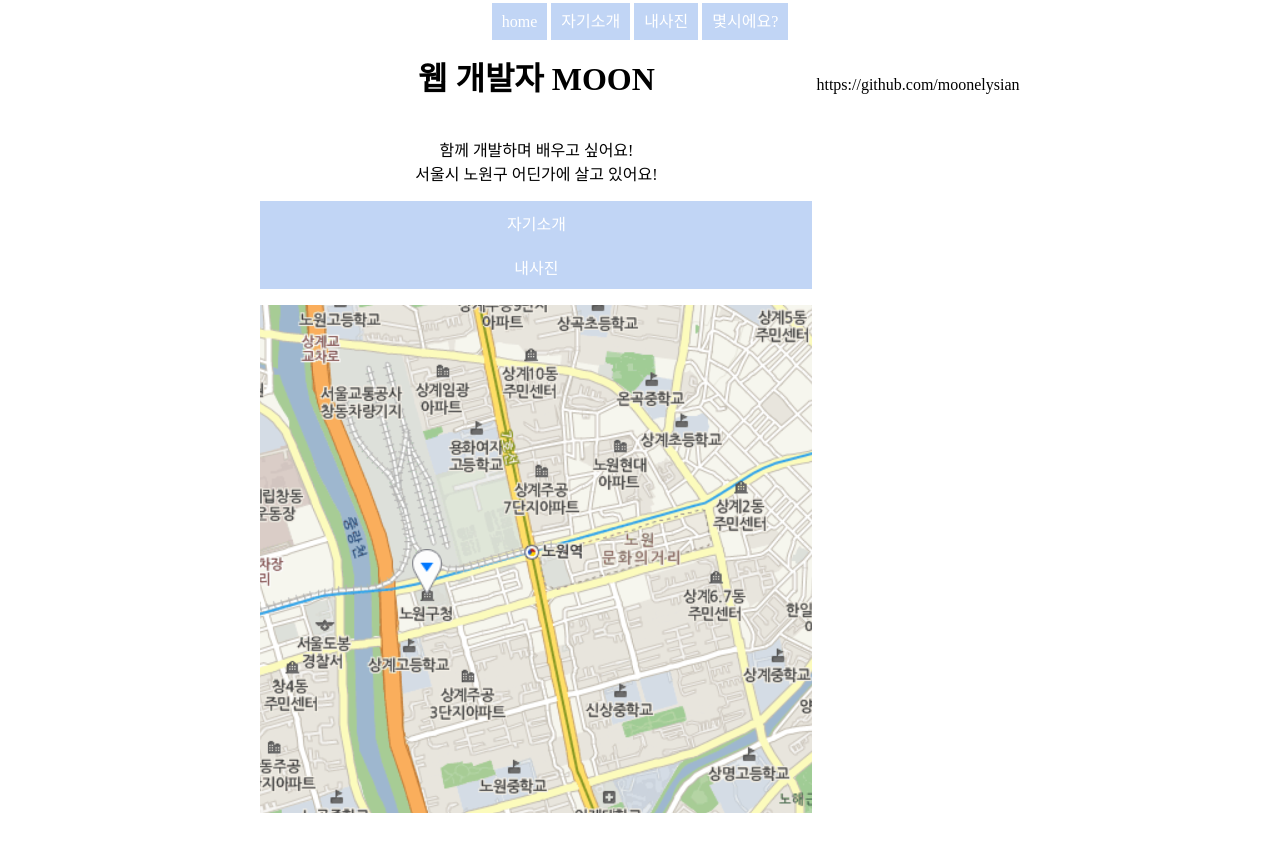
Repository: moonelysian/edwith-
Page: BE_PJT1-1/WebContent/index.html
An editor plug-in stored every save of this project. The page is shown before and after the next save, followed by the edit.
The browser window is 1280 px wide. The pictures show the whole page.

Above is the page before, as saved 2019-08-07 05:38:17.

### BE_PJT1-1/WebContent/index.html
<!DOCTYPE html>
<html>
	<head>
		<meta charset="UTF-8">
		<title>ABOUT ME</title>
		<link rel="stylesheet" type="text/css" href="style.css" />
	</head>

	<body>
		<nav>
			<a href="index.html">home</a>
			<a href="aboutme.html">자기소개</a>
			<a href="picture.html">내사진</a>
			<a>몇시에요?</a>
		</nav>
		<div class="grid-container">
			<h1>웹 개발자 MOON</h1>
			<p>
			함께 개발하며 배우고 싶어요!</br>
			서울시 노원구 어딘가에 살고 있어요!
			</p>
			<a href="aboutme.html">자기소개</a>
			<a href="picture.html">내사진</a>
			<p>
				<img class="map" src="image\ds.PNG">
			</p>
		</div>
	</body>

	<footer class="grid-container">
		https://github.com/moonelysian
	</footer>

</html>

### BE_PJT1-1/WebContent/style.css
@charset "UTF-8";
body{text-align: center;}

a {
	background-color: rgba(50, 115, 220, 0.3);
	color: white;
	padding: 10px;
	text-decoration: none;
}

a:hover{ color:black; }

.grid-container{
	display: inline-grid;
	grid-column-gap: 50px;
}

After the next save:
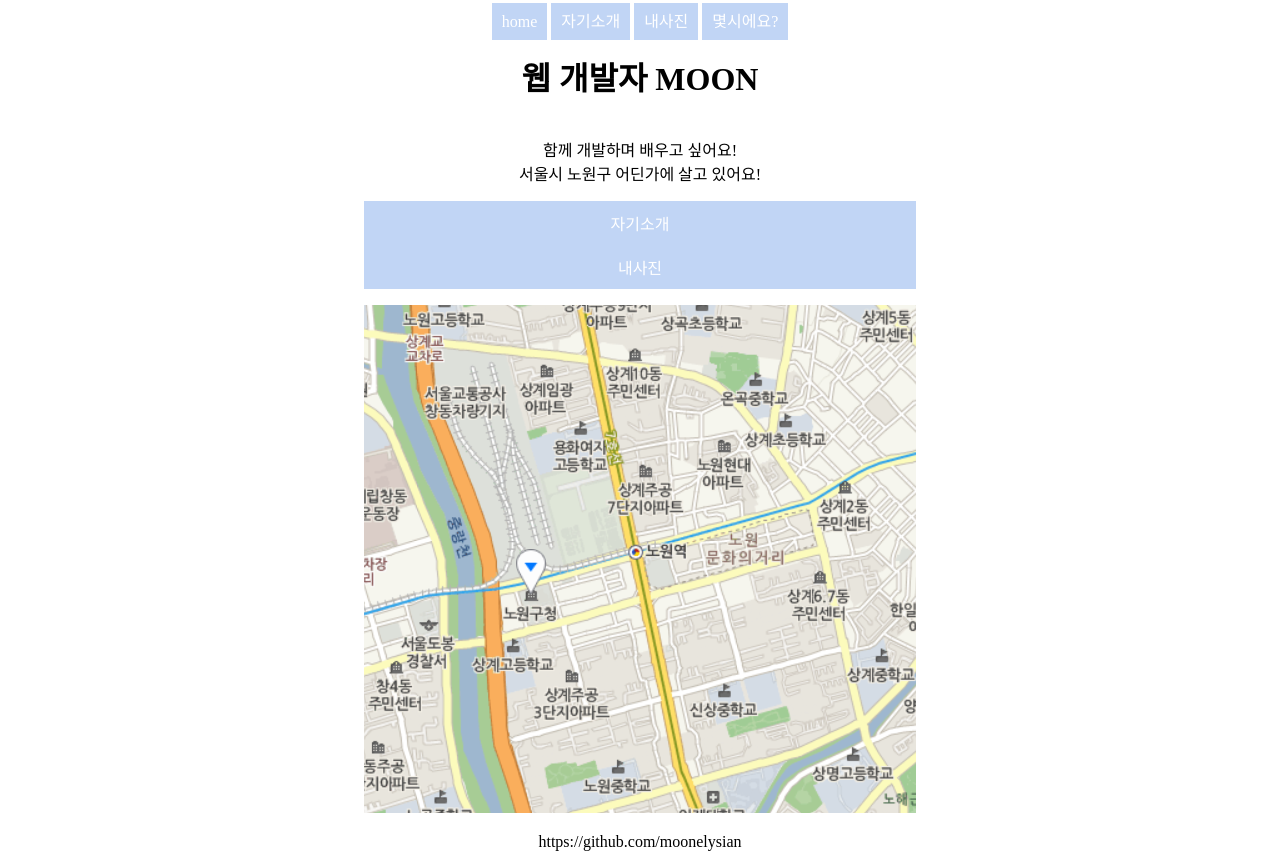
Saved 34 s later.
--- a/BE_PJT1-1/WebContent/index.html
+++ b/BE_PJT1-1/WebContent/index.html
@@ -27,7 +27,7 @@
 		</div>
 	</body>
 
-	<footer class="grid-container">
+	<footer>
 		https://github.com/moonelysian
 	</footer>
 
